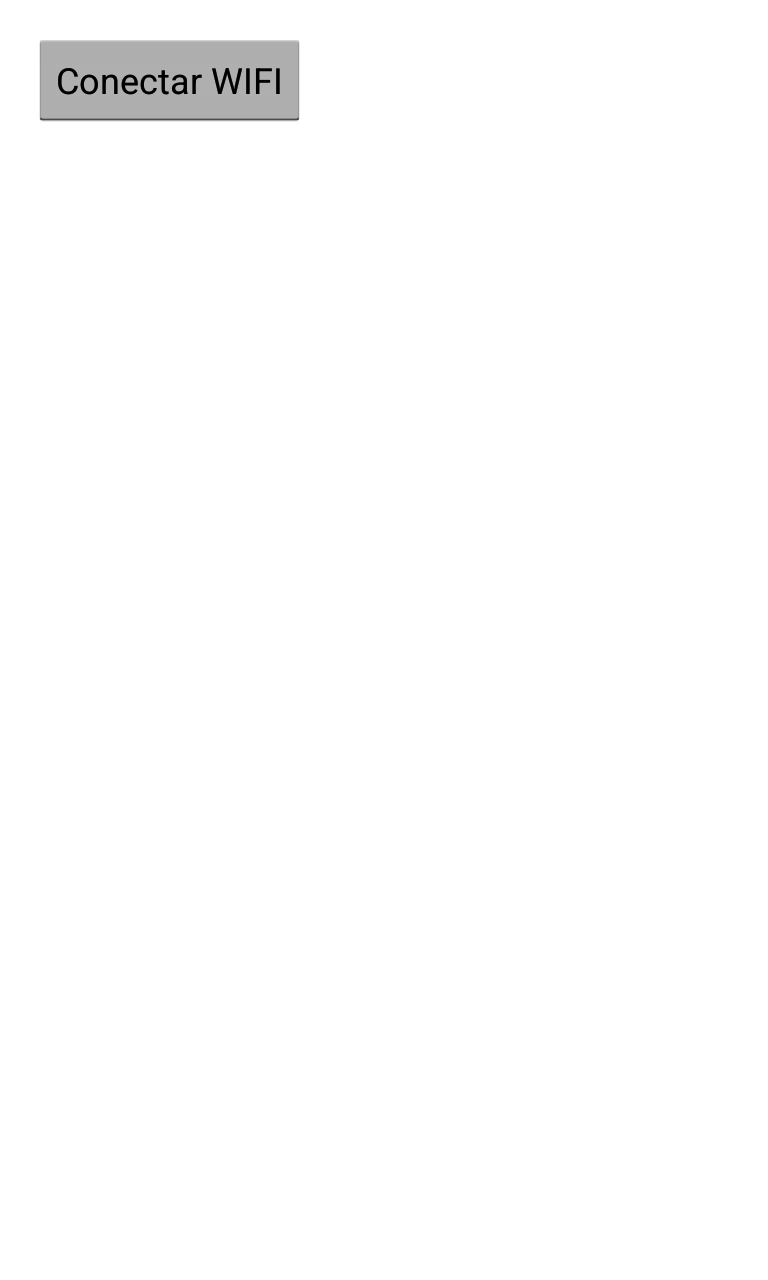
Repository: G3rcar/Android-II
Layout: Clase34WifiConfiguration/res/layout/activity_main.xml
An editor plug-in stored every save of this project. The layout is shown before and after the next save, followed by the edit.
It is drawn on a 768 x 1280 px phone screen (xhdpi) without system bars, with theme AppTheme; the app's code is not run.

Above is the layout before, as saved 2013-12-12 13:35:28.

### Clase34WifiConfiguration/res/layout/activity_main.xml
<RelativeLayout xmlns:android="http://schemas.android.com/apk/res/android"
    xmlns:tools="http://schemas.android.com/tools"
    android:layout_width="match_parent"
    android:layout_height="match_parent"
    android:paddingBottom="@dimen/activity_vertical_margin"
    android:paddingLeft="@dimen/activity_horizontal_margin"
    android:paddingRight="@dimen/activity_horizontal_margin"
    android:paddingTop="@dimen/activity_vertical_margin"
    tools:context=".MainActivity" >

    <Button
        android:id="@+id/btnConnectOpen"
        android:layout_width="wrap_content"
        android:layout_height="wrap_content"
        android:onClick="connectOpen"
        android:text="@string/btnconnect" />

    <Button
        android:id="@+id/btnConnectWep"
        android:layout_width="wrap_content"
        android:layout_height="wrap_content"
        android:onClick="connectWep"
        android:text="@string/btnconnect" />

    <Button
        android:id="@+id/btnConnectWpa"
        android:layout_width="wrap_content"
        android:layout_height="wrap_content"
        android:onClick="connectWep"
        android:text="@string/btnconnect" />

</RelativeLayout>

### Clase34WifiConfiguration/res/values/strings.xml
<?xml version="1.0" encoding="utf-8"?>
<resources>

    <string name="app_name">Clase34 Wifi Configuration</string>
    <string name="action_settings">Settings</string>
    <string name="hello_world">Hello world!</string>
    <string name="btnconnect">Conectar WIFI</string>
    <string name="btnconnectwep">Conectar Wifi Wep</string>

</resources>

Loaded but not shown: Clase34WifiConfiguration/res/values/styles.xml (common file); Clase34WifiConfiguration/res/values-v11/styles.xml (common file); Clase34WifiConfiguration/res/values-v14/styles.xml (common file); Clase34WifiConfiguration/res/values/dimens.xml (common file)

After the next save:
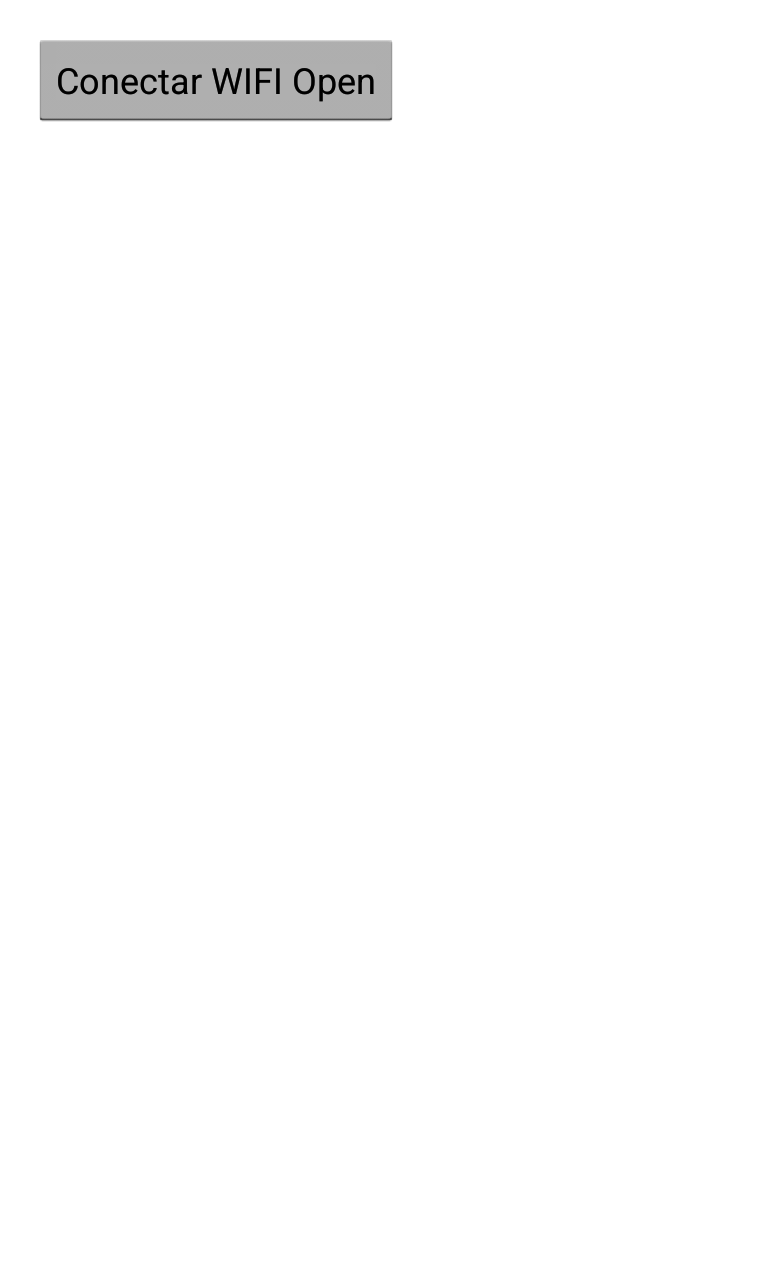
Saved 7 s later.
--- a/Clase34WifiConfiguration/res/values/strings.xml
+++ b/Clase34WifiConfiguration/res/values/strings.xml
@@ -4,7 +4,7 @@
     <string name="app_name">Clase34 Wifi Configuration</string>
     <string name="action_settings">Settings</string>
     <string name="hello_world">Hello world!</string>
-    <string name="btnconnect">Conectar WIFI</string>
+    <string name="btnconnect">Conectar WIFI Open</string>
     <string name="btnconnectwep">Conectar Wifi Wep</string>
 
 </resources>
